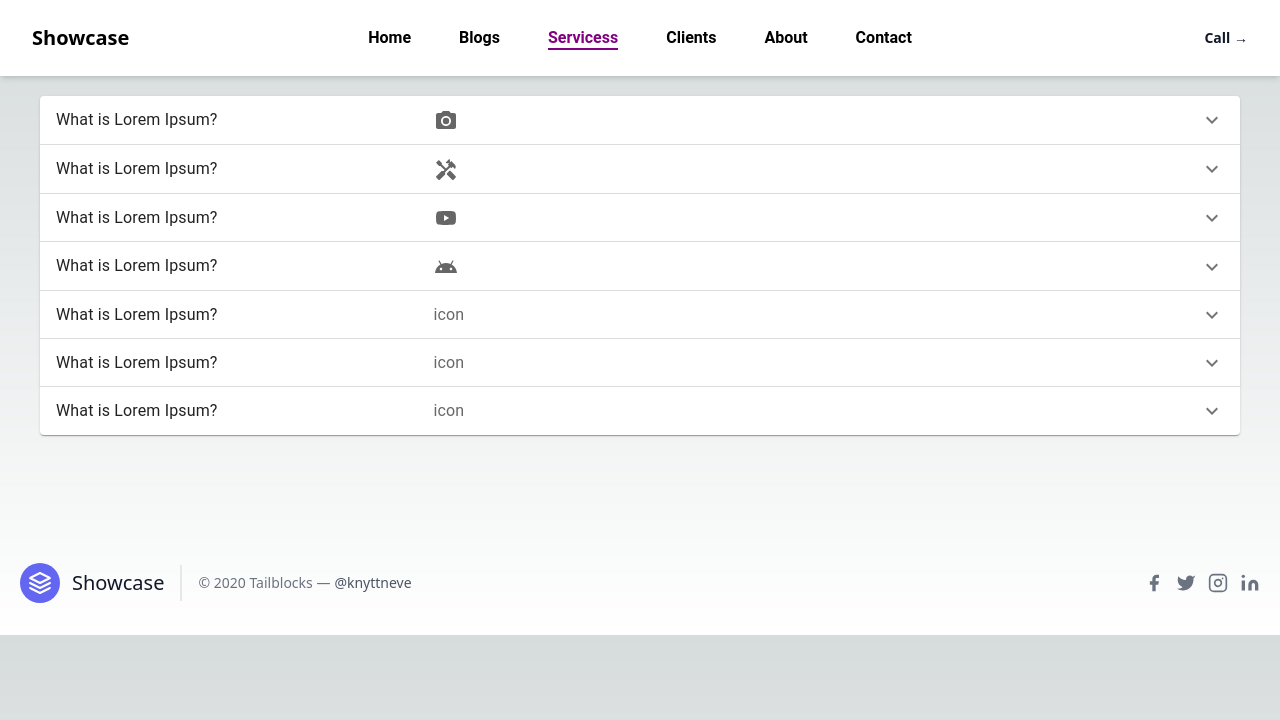
Repository: prashant523580/showcase
Page: /services
These files come from the project's save history. The page is drawn as it stood at one moment and after the next save; the edit follows.
The browser window is 1280 px wide. The pictures show the whole page.
The project was rebuilt for these pictures with package versions that can differ from the ones it lists, and the page was loaded fresh each time. The framework's server and built-in components were replaced by stand-ins that run in the browser. Also part of the build but not shown: next.config.js.

Above is the page before, as saved 2023-03-25 18:01:04.

### src/pages/_app.tsx
import Footer from '@/components/Footer'
import Navbar from '@/components/Navbar'
import React from "react";
import '@/styles/globals.css'
import type { AppProps } from 'next/app'
import AOS from "aos";
import "aos/dist/aos.css"
export default function App({ Component, pageProps }: AppProps) {
  React.useEffect(()=>{
      AOS.init()
  },[])
  return(
<>
    <Navbar/>
    <Component {...pageProps} />
    <Footer/>
</>
    )
}

### src/pages/services.tsx
import * as React from 'react';
import Accordion from '@mui/material/Accordion';
import AccordionDetails from '@mui/material/AccordionDetails';
import AccordionSummary from '@mui/material/AccordionSummary';
import Typography from '@mui/material/Typography';
import ExpandMoreIcon from '@mui/icons-material/ExpandMore';
import CameraAltIcon from '@mui/icons-material/CameraAlt';
import YouTubeIcon from '@mui/icons-material/YouTube';
import HandymanIcon from '@mui/icons-material/Handyman';
import AndroidIcon from '@mui/icons-material/Android';
const services = [
    {
        id:"1",
        label: "What is Lorem Ipsum?",
        icon: <CameraAltIcon/>,
        description:"Lorem Ipsum is simply dummy text of the printing and typesetting industry. Lorem Ipsum has been the industry&apos;s standard dummy text ever since the 1500s, when an unknown printer took a galley of type and scrambled it to make a type specimen book. It has survived not only five centuries, but also the leap into electronic typesetting, remaining essentially unchanged. It was popularised in the 1960s with the release of Letraset sheets containing Lorem Ipsum passages, and more recently with desktop publishing software like Aldus PageMaker including versions of Lorem Ipsum."
    },
    {
        id:"2",
        label: "What is Lorem Ipsum?",
        icon:<HandymanIcon/>,
        description:"Lorem Ipsum is simply dummy text of the printing and typesetting industry. Lorem Ipsum has been the industry&apos;s standard dummy text ever since the 1500s, when an unknown printer took a galley of type and scrambled it to make a type specimen book. It has survived not only five centuries, but also the leap into electronic typesetting, remaining essentially unchanged. It was popularised in the 1960s with the release of Letraset sheets containing Lorem Ipsum passages, and more recently with desktop publishing software like Aldus PageMaker including versions of Lorem Ipsum."
    },
    {
        id:"3",
        label: "What is Lorem Ipsum?",
        icon:<YouTubeIcon/>,
        description:"Lorem Ipsum is simply dummy text of the printing and typesetting industry. Lorem Ipsum has been the industry&apos;s standard dummy text ever since the 1500s, when an unknown printer took a galley of type and scrambled it to make a type specimen book. It has survived not only five centuries, but also the leap into electronic typesetting, remaining essentially unchanged. It was popularised in the 1960s with the release of Letraset sheets containing Lorem Ipsum passages, and more recently with desktop publishing software like Aldus PageMaker including versions of Lorem Ipsum."
    },
    {
        id:"4",
        label: "What is Lorem Ipsum?",
        icon:<AndroidIcon/>,
        description:"Lorem Ipsum is simply dummy text of the printing and typesetting industry. Lorem Ipsum has been the industry&apos;s standard dummy text ever since the 1500s, when an unknown printer took a galley of type and scrambled it to make a type specimen book. It has survived not only five centuries, but also the leap into electronic typesetting, remaining essentially unchanged. It was popularised in the 1960s with the release of Letraset sheets containing Lorem Ipsum passages, and more recently with desktop publishing software like Aldus PageMaker including versions of Lorem Ipsum."
    },
    {
        id:"5",
        label: "What is Lorem Ipsum?",
        icon:"icon",
        description:"Lorem Ipsum is simply dummy text of the printing and typesetting industry. Lorem Ipsum has been the industry&apos;s standard dummy text ever since the 1500s, when an unknown printer took a galley of type and scrambled it to make a type specimen book. It has survived not only five centuries, but also the leap into electronic typesetting, remaining essentially unchanged. It was popularised in the 1960s with the release of Letraset sheets containing Lorem Ipsum passages, and more recently with desktop publishing software like Aldus PageMaker including versions of Lorem Ipsum."
    },
    {
        id:"6",
        label: "What is Lorem Ipsum?",
        icon:"icon",
        description:"Lorem Ipsum is simply dummy text of the printing and typesetting industry. Lorem Ipsum has been the industry&apos;s standard dummy text ever since the 1500s, when an unknown printer took a galley of type and scrambled it to make a type specimen book. It has survived not only five centuries, but also the leap into electronic typesetting, remaining essentially unchanged. It was popularised in the 1960s with the release of Letraset sheets containing Lorem Ipsum passages, and more recently with desktop publishing software like Aldus PageMaker including versions of Lorem Ipsum."
    },
    {
        id:"7",
        label: "What is Lorem Ipsum?",
        icon:"icon",
        description:"Lorem Ipsum is simply dummy text of the printing and typesetting industry. Lorem Ipsum has been the industry&apos;s standard dummy text ever since the 1500s, when an unknown printer took a galley of type and scrambled it to make a type specimen book. It has survived not only five centuries, but also the leap into electronic typesetting, remaining essentially unchanged. It was popularised in the 1960s with the release of Letraset sheets containing Lorem Ipsum passages, and more recently with desktop publishing software like Aldus PageMaker including versions of Lorem Ipsum."
    },
]
export default function Sercices() {
  const [expanded, setExpanded] = React.useState<string | false>(false);

  const handleChange =
    (panel: string) => (event: React.SyntheticEvent, isExpanded: boolean) => {
      setExpanded(isExpanded ? panel : false);
    };

  return (
    <div className='py-24 px-10'>
        {
            services.map((service,ind) => {
                return(

                <Accordion expanded={expanded === `panel${ind}`} onChange={handleChange(`panel${ind}`)}>
                    <AccordionSummary
                    expandIcon={<ExpandMoreIcon />}
                    aria-controls="panel1bh-content"
                    id="panel1bh-header"
                    >
                    <Typography sx={{ width: '33%', flexShrink: 0 }}>
                        {service.label}
                    </Typography>
                    <Typography sx={{ color: 'text.secondary' }}>{service.icon}</Typography>
                    </AccordionSummary>
                    <AccordionDetails>
                    <Typography>
                       {service.description}
                    </Typography>
                    </AccordionDetails>
                </Accordion>
                )
            })
        }

    </div>
  );
}

### src/components/Footer.tsx
import React from 'react'

export default function Footer() {
  return (
    <footer className="text-gray-600 body-font">
  <div className="container px-5 py-8 mx-auto flex items-center sm:flex-row flex-col">
    <a className="flex title-font font-medium items-center md:justify-start justify-center text-gray-900">
      <svg xmlns="http://www.w3.org/2000/svg" fill="none" stroke="currentColor" stroke-linecap="round" stroke-linejoin="round" stroke-width="2" className="w-10 h-10 text-white p-2 bg-indigo-500 rounded-full" viewBox="0 0 24 24">
        <path d="M12 2L2 7l10 5 10-5-10-5zM2 17l10 5 10-5M2 12l10 5 10-5"></path>
      </svg>
      <span className="ml-3 text-xl">Showcase</span>
    </a>
    <p className="text-sm text-gray-500 sm:ml-4 sm:pl-4 sm:border-l-2 sm:border-gray-200 sm:py-2 sm:mt-0 mt-4">© 2020 Tailblocks —
      <a href="https://twitter.com/knyttneve" className="text-gray-600 ml-1" rel="noopener noreferrer" target="_blank">@knyttneve</a>
    </p>
    <span className="inline-flex sm:ml-auto sm:mt-0 mt-4 justify-center sm:justify-start">
      <a className="text-gray-500">
        <svg fill="currentColor" stroke-linecap="round" stroke-linejoin="round" stroke-width="2" className="w-5 h-5" viewBox="0 0 24 24">
          <path d="M18 2h-3a5 5 0 00-5 5v3H7v4h3v8h4v-8h3l1-4h-4V7a1 1 0 011-1h3z"></path>
        </svg>
      </a>
      <a className="ml-3 text-gray-500">
        <svg fill="currentColor" stroke-linecap="round" stroke-linejoin="round" stroke-width="2" className="w-5 h-5" viewBox="0 0 24 24">
          <path d="M23 3a10.9 10.9 0 01-3.14 1.53 4.48 4.48 0 00-7.86 3v1A10.66 10.66 0 013 4s-4 9 5 13a11.64 11.64 0 01-7 2c9 5 20 0 20-11.5a4.5 4.5 0 00-.08-.83A7.72 7.72 0 0023 3z"></path>
        </svg>
      </a>
      <a className="ml-3 text-gray-500">
        <svg fill="none" stroke="currentColor" stroke-linecap="round" stroke-linejoin="round" stroke-width="2" className="w-5 h-5" viewBox="0 0 24 24">
          <rect width="20" height="20" x="2" y="2" rx="5" ry="5"></rect>
          <path d="M16 11.37A4 4 0 1112.63 8 4 4 0 0116 11.37zm1.5-4.87h.01"></path>
        </svg>
      </a>
      <a className="ml-3 text-gray-500">
        <svg fill="currentColor" stroke="currentColor" stroke-linecap="round" stroke-linejoin="round" stroke-width="0" className="w-5 h-5" viewBox="0 0 24 24">
          <path stroke="none" d="M16 8a6 6 0 016 6v7h-4v-7a2 2 0 00-2-2 2 2 0 00-2 2v7h-4v-7a6 6 0 016-6zM2 9h4v12H2z"></path>
          <circle cx="4" cy="4" r="2" stroke="none"></circle>
        </svg>
      </a>
    </span>
  </div>
</footer>
  )
}

### src/components/Navbar.tsx
// import React from 'react'

// export default function Navbar() {
//   return (
//     <header className="text-gray-600 body-font">
//   <div className="container mx-auto flex flex-wrap p-5 flex-col md:flex-row items-center">
//     <nav className="flex lg:w-2/5 flex-wrap items-center text-base md:ml-auto">
//       <a className="mr-5 hover:text-gray-900">First Link</a>
//       <a className="mr-5 hover:text-gray-900">Second Link</a>
//       <a className="mr-5 hover:text-gray-900">Third Link</a>
//       <a className="hover:text-gray-900">Fourth Link</a>
//     </nav>
//     <a className="flex order-first lg:order-none lg:w-1/5 title-font font-medium items-center text-gray-900 lg:items-center lg:justify-center mb-4 md:mb-0">
//       <svg xmlns="http://www.w3.org/2000/svg" fill="none" stroke="currentColor" stroke-linecap="round" stroke-linejoin="round" stroke-width="2" className="w-10 h-10 text-white p-2 bg-indigo-500 rounded-full" viewBox="0 0 24 24">
//         <path d="M12 2L2 7l10 5 10-5-10-5zM2 17l10 5 10-5M2 12l10 5 10-5"></path>
//       </svg>
//       <span className="ml-3 text-xl">Tailblocks</span>
//     </a>
//     <div className="lg:w-2/5 inline-flex lg:justify-end ml-5 lg:ml-0">
//       <button className="inline-flex items-center bg-gray-100 border-0 py-1 px-3 focus:outline-none hover:bg-gray-200 rounded text-base mt-4 md:mt-0">Button
//         <svg fill="none" stroke="currentColor" stroke-linecap="round" stroke-linejoin="round" stroke-width="2" className="w-4 h-4 ml-1" viewBox="0 0 24 24">
//           <path d="M5 12h14M12 5l7 7-7 7"></path>
//         </svg>
//       </button>
//     </div>
//   </div>
// </header>
//   )
// }
import React, { useState } from 'react'
import {useRouter} from "next/router"
import { Dialog } from '@headlessui/react'
import { Bars3Icon, XMarkIcon } from '@heroicons/react/24/outline'
import Link from 'next/link'

const navigation = [
  { name: 'Home', href: '/' },
  { name: 'Blogs', href: '/blogs' },
  { name: 'Servicess', href: '/services' },
  { name: 'Clients', href: '/clients' },
  { name: 'About', href: '/about' },
  { name: 'Contact', href: '/contact' },
]
function ActiveLink({ children, href } : any) {
  const router = useRouter();
  const style = {
      // padding: 10,
    // marginRight: 10,
    fontWeight:"bold",
    color: router.asPath === href ? 'purple' : 'black',
    boxShadow:  router.asPath === href ? "inset 0 -2px 0 0 purple" : "none",
    fontFamily: "'Roboto', sans-serif",
  }

  const handleClick = (e : any) => {
    e.preventDefault()
    router.push(href)
  }

  return (
    <a href={href} onClick={handleClick} style={style}>
      {children}
    </a>
  )
}
export default function Example() {
  const [mobileMenuOpen, setMobileMenuOpen] = useState(false)

  return (
    <div className="bg-white">
      <header className="absolute shadow-md bg-white inset-x-0 top-0 z-50">
        <nav className="flex items-center justify-between p-6 lg:px-8" aria-label="Global">
          <div className="flex lg:flex-1">
            <Link href="/" className="-m-1.5 p-1.5">
              <span className="sr-only">Showcase</span>
              {/* <img
                className="h-8 w-auto"
                src="https://tailwindui.com/img/logos/mark.svg?color=indigo&shade=600"
                alt=""
              /> */}
              <h1 className='font-bold text-xl'>Showcase</h1>
            </Link>
          </div>
          <div className="flex lg:hidden">
            <button
              type="button"
              className="-m-2.5 inline-flex items-center justify-center rounded-md p-2.5 text-gray-700"
              onClick={() => setMobileMenuOpen(true)}
            >
              <span className="sr-only">Open main menu</span>
              <Bars3Icon className="h-6 w-6" aria-hidden="true" />
            </button>
          </div>
          <div className="hidden lg:flex lg:gap-x-12">
            {navigation.map((item) => (
              <ActiveLink key={item.name} href={item.href}>
                {item.name}
              </ActiveLink>
            ))}
          </div>
          <div className="hidden lg:flex lg:flex-1 lg:justify-end">
            <Link href="tel:+9779816514719" className="text-sm font-semibold leading-6 text-gray-900">
              Call <span aria-hidden="true">&rarr;</span>
            </Link>
          </div>
        </nav>
        <Dialog as="div" className="lg:hidden transition-all" open={mobileMenuOpen} onClose={setMobileMenuOpen}>
          <div className="fixed inset-0 z-50  transition-all" />
          <Dialog.Panel className="fixed transition-all inset-y-0 right-0 z-50 w-full overflow-y-auto bg-white px-6 py-6 sm:max-w-sm sm:ring-1 sm:ring-gray-900/10">
            <div className="flex items-center justify-between">
              <Link href="#" className="-m-1.5 p-1.5">
                <span className="sr-only">Showcase</span>
                <img
                  className="h-8 w-auto"
                  src="https://tailwindui.com/img/logos/mark.svg?color=indigo&shade=600"
                  alt=""
                />
              </Link>
              <button
                type="button"
                className="-m-2.5 rounded-md p-2.5 text-gray-700"
                onClick={() => setMobileMenuOpen(false)}
              >
                <span className="sr-only">Close menu</span>
                <XMarkIcon className="h-6 w-6" aria-hidden="true" />
              </button>
            </div>
            <div className="mt-6 flow-root">
              <div className="-my-6 divide-y divide-gray-500/10">
                <div className="space-y-2 py-6">
                  {navigation.map((item) => (
                    <Link
                      key={item.name}
                      href={item.href}
                      className="-mx-3 block rounded-lg py-2 px-3 text-base font-semibold leading-7 text-gray-900 hover:bg-gray-50"
                    >
                      {item.name}
                    </Link>
                  ))}
                </div>
                <div className="py-6">
                  <Link
                    href="#"
                    className="-mx-3 block rounded-lg py-2.5 px-3 text-base font-semibold leading-7 text-gray-900 hover:bg-gray-50"
                  >
                    Log in
                  </Link>
                </div>
              </div>
            </div>
          </Dialog.Panel>
        </Dialog>
      </header>


    </div>
  )
}

### src/styles/globals.css
@tailwind base;
@tailwind components;
@tailwind utilities;
@import url('https://fonts.googleapis.com/css2?family=Aclonica&family=Caveat&family=DM+Serif+Text&family=Oswald&family=Roboto&family=Vollkorn&display=swap');

:root {
  --max-width: 1100px;
  --border-radius: 12px;
  --font-mono: ui-monospace, Menlo, Monaco, 'Cascadia Mono', 'Segoe UI Mono',
    'Roboto Mono', 'Oxygen Mono', 'Ubuntu Monospace', 'Source Code Pro',
    'Fira Mono', 'Droid Sans Mono', 'Courier New', monospace;

  --foreground-rgb: 0, 0, 0;
  --background-start-rgb: 214, 219, 220;
  --background-end-rgb: 255, 255, 255;

  --primary-glow: conic-gradient(
    from 180deg at 50% 50%,
    #16abff33 0deg,
    #0885ff33 55deg,
    #54d6ff33 120deg,
    #0071ff33 160deg,
    transparent 360deg
  );
  --secondary-glow: radial-gradient(
    rgba(255, 255, 255, 1),
    rgba(255, 255, 255, 0)
  );

  --tile-start-rgb: 239, 245, 249;
  --tile-end-rgb: 228, 232, 233;
  --tile-border: conic-gradient(
    #00000080,
    #00000040,
    #00000030,
    #00000020,
    #00000010,
    #00000010,
    #00000080
  );

  --callout-rgb: 238, 240, 241;
  --callout-border-rgb: 172, 175, 176;
  --card-rgb: 180, 185, 188;
  --card-border-rgb: 131, 134, 135;
}

@media (prefers-color-scheme: dark) {
  :root {
    --foreground-rgb: 255, 255, 255;
    --background-start-rgb: 0, 0, 0;
    --background-end-rgb: 0, 0, 0;

    --primary-glow: radial-gradient(rgba(1, 65, 255, 0.4), rgba(1, 65, 255, 0));
    --secondary-glow: linear-gradient(
      to bottom right,
      rgba(1, 65, 255, 0),
      rgba(1, 65, 255, 0),
      rgba(1, 65, 255, 0.3)
    );

    --tile-start-rgb: 2, 13, 46;
    --tile-end-rgb: 2, 5, 19;
    --tile-border: conic-gradient(
      #ffffff80,
      #ffffff40,
      #ffffff30,
      #ffffff20,
      #ffffff10,
      #ffffff10,
      #ffffff80
    );

    --callout-rgb: 20, 20, 20;
    --callout-border-rgb: 108, 108, 108;
    --card-rgb: 100, 100, 100;
    --card-border-rgb: 200, 200, 200;
  }
}

* {
  box-sizing: border-box;
  padding: 0;
  margin: 0;
}

html,
body {
  max-width: 100vw;
  overflow-x: hidden;

}

body {
  color: rgb(var(--foreground-rgb));
  background: linear-gradient(
      to bottom,
      transparent,
      rgb(var(--background-end-rgb))
    )
    rgb(var(--background-start-rgb));
      /*
    font-family: 'Vollkorn', serif;
    font-family: 'Oswald', sans-serif;
    font-family: 'Aclonica', sans-serif;
    font-family: 'Caveat', cursive;
    font-family: 'DM Serif Text', serif;
    font-family: 'Roboto', sans-serif;
    */
}

a {
  color: inherit;
  text-decoration: none;
}

@media (prefers-color-scheme: dark) {
  html {
    color-scheme: dark;
  }
}

Loaded but not shown: src/pages/_document.tsx (common file); tailwind.config.js (common file)

After the next save:
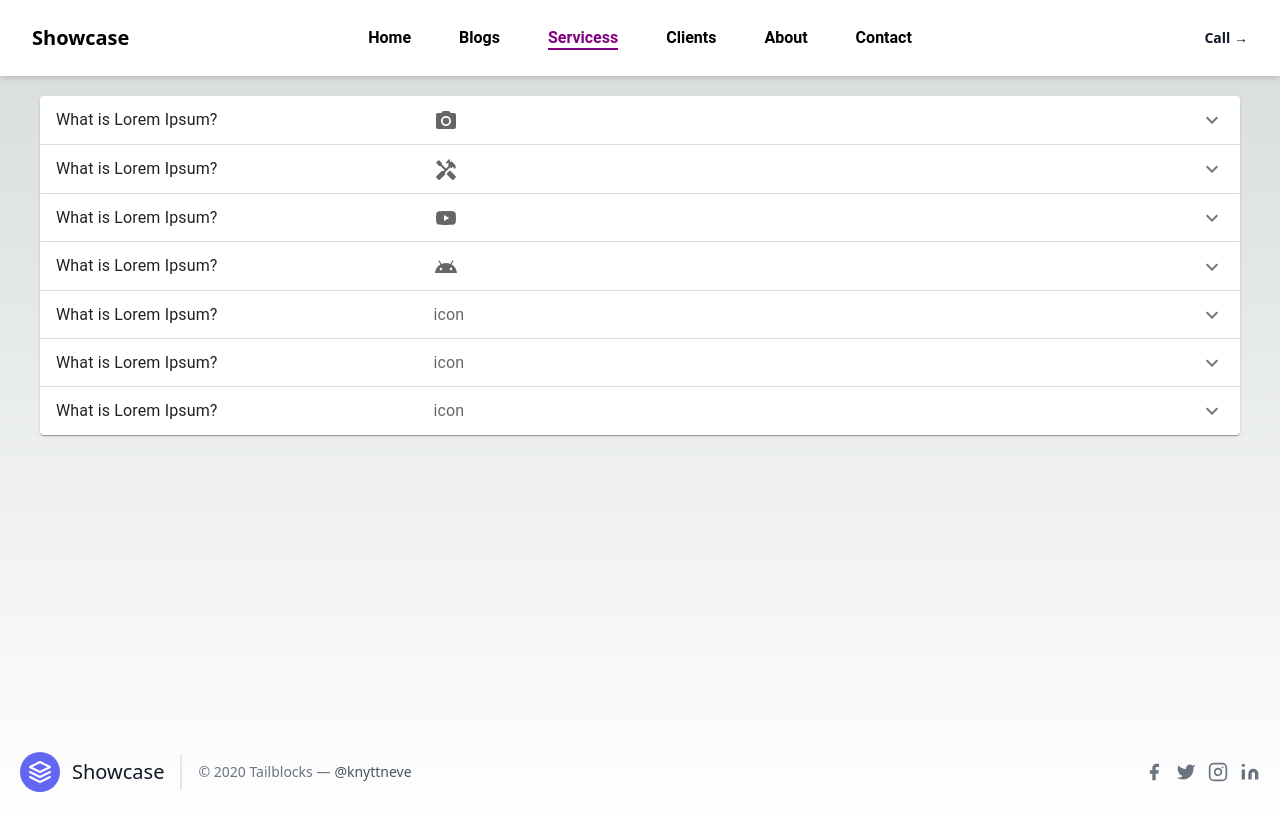
Saved 29 s later.
--- a/src/pages/services.tsx
+++ b/src/pages/services.tsx
@@ -61,7 +61,7 @@ export default function Sercices() {
     };
 
   return (
-    <div className='py-24 px-10'>
+    <div className='py-24 px-10 h-[100vh]'>
         {
             services.map((service,ind) => {
                 return(
